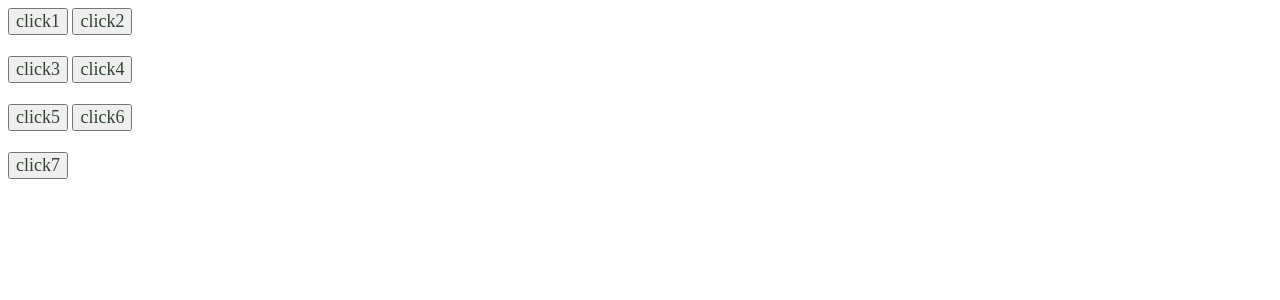
Repository: youngsik0405/Web-study
Page: JsonApp/WebContent/JsonTest08.html
An editor plug-in stored every save of this project. The page is shown before and after the next save, followed by the edit.
The browser window is 1280 px wide. The pictures show the whole page.

Above is the page before, as saved 2025-02-05 03:20:17.
Console error (its wording comes from the project's code and is left out).

### JsonApp/WebContent/JsonTest08.html
<!DOCTYPE html>
<html>
<head>
<meta charset="UTF-8">
<title>JsonTest08.html</title>
<link rel="stylesheet" type="text/css" href="css/main.css">
<script type="text/javascript">

	myJsonObject8 =
	{
		"test" :
		[
			"ccc", "ddd"
		]
		, "exam" :
		[
			"kkk", "ppp"
		]

	}

	/* myJsonObject8 = {"test":["ccc", "ddd"], "exam" :["kkk", "ppp"]} */

</script>

</head>
<body>

<form action="">

	<input type="button" value="click1" onclick="alert(myJsonObject8)">
	<!-- [object Object] -->

	<input type="button" value="click2" onclick="alert(typeof myJsonObject8)">
	<!-- object -->

	<br><br>


	<input type="button" value="click3" onclick="alert(myJsonObject8.test)">
	<!-- ccc,ddd -->

	<input type="button" value="click4" onclick="alert(typeof myJsonObject8.test)">
	<!-- object -->

	<br><br>


	<input type="button" value="click5" onclick="alert(myJsonObject8.test[0])">
	<!-- ccc -->

	<input type="button" value="click6" onclick="alert(typeof myJsonObject8.test[0])">
	<!-- string -->


	<br><br>

	<!--
	※ 객체 구조상... 2차원 배열의 형태로 볼수 있지만
	   다음과 같은 접근이나 처리는 불가능하다.
	-->

	<!-- ccc -->
	<input type="button" value="click7" onclick="alert(myJsonObject8.[0][0])">

</form>


</body>
</html>

### JsonApp/WebContent/css/main.css
@charset "UTF-8";

/* main.css */

*
{
	font-family: 맑은 고딕;
	color: #334433;
}

body, p, div, span, input, table, th, td, select
{
	font-size: 18px;
}

.control
{
	border: 1px solid gray;
	border-radius: 3px;
}

.table
{
	border-collapse: collapse;
	width: 100%;
}

.table th, .table td
{
	border: 1px solid gray;
	border-left: 0px;
	border-right: 0px;
	padding: 3px;
	line-height: 150%;
}

.table th
{
	font-weight: bold;
	background-color: #eeeeee;
}

.btn
{
	font-weight: bold;
}

.btn:hover
{
	color: white;
	background-color: #778877;
}

After the next save:
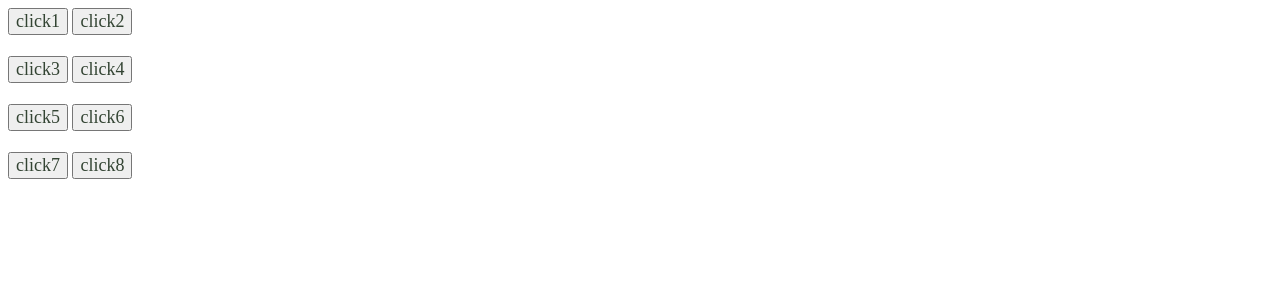
Saved 21 s later.
--- a/JsonApp/WebContent/JsonTest08.html
+++ b/JsonApp/WebContent/JsonTest08.html
@@ -63,6 +63,9 @@
 	<!-- ccc -->
 	<input type="button" value="click7" onclick="alert(myJsonObject8.[0][0])">
 
+	<!-- ppp -->
+	<input type="button" value="click8" onclick="alert(myJsonObject8.[1][1])">
+
 </form>
 
 
